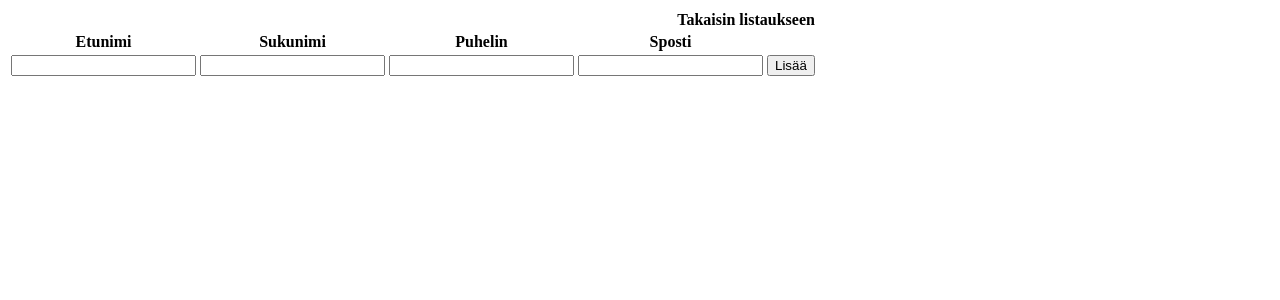
Repository: santraaj/Asiakkaat
Page: http://localhost/Asiakkaat/lisaaasiakas.jsp
An editor plug-in stored every save of this project. The page is shown before and after the next save, followed by the edit.
The browser window is 1280 px wide. The pictures show the whole page.
The page is served by Tomcat 9. Other server files are loaded and not shown.

Above is the page before, as saved 2020-05-03 15:02:25.

### Asiakkaat/WebContent/lisaaasiakas.jsp
<%@ page language="java" contentType="text/html; charset=ISO-8859-1"
    pageEncoding="ISO-8859-1"%>
<!DOCTYPE html>
<html>
<head>
<meta charset="ISO-8859-1">
<script src="https://ajax.googleapis.com/ajax/libs/jquery/3.4.1/jquery.min.js"></script>
<script src="http://ajax.aspnetcdn.com/ajax/jquery.validate/1.15.0/jquery.validate.min.js"></script>
<link rel = "stylesheet" type = "text/css" href = "css/main.css">
<title>Asiakkaan lisääminen</title>
</head>
<body>
<form id="tiedot">
	<table>
		<thead>
			<tr>
				<th colspan="5" class="oikealle"><span id="takaisin">Takaisin listaukseen</span></th>
			</tr>
			<tr>
				<th>Etunimi</th>
				<th>Sukunimi</th>
				<th>Puhelin</th>
				<th>Sposti</th>
				<th></th>
			</tr>
		</thead>
		<tbody>
			<tr>
				<td><input type="text" name="etunimi" id="etunimi"></td>
				<td><input type="text" name="sukunimi" id="sukunimi"></td>
				<td><input type="text" name="puhelin" id="puhelin"></td>
				<td><input type="text" name="sposti" id="sposti"></td>
				<td><input type="submit" id="tallenna" value="Lisää"></td>
			</tr>
		</tbody>
	</table>
</form>
</body>
</html>

### Asiakkaat/WebContent/css/main.css
#listaus	 {
	font-family: "Trebuchet MS", Arial, sans-serif;
	border: 1px solid black;
	border-collapse: collapse;
	width: 40%;
}

#listaus thead th, #listaus tbody td {
  border: 1px solid #ddd;
  padding: 8px;
}

#listaus thead th {
	padding-top: 12px;
	padding-bottom: 12px;
	background-color: #ffe6ff;
	color: black;
}

#listaus tbody tr:nth-child(even){
	background-color: #f2f2f2;}

#listaus tbody tr:hover {background-color: #ddd;}

.oikealle {
	text-align: right;
}

.vasemmalle {
	text-align: left;
}

After the next save:
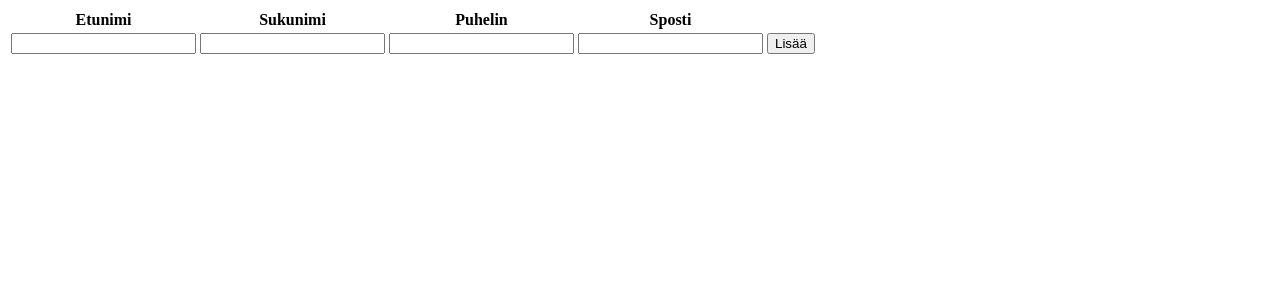
Saved 2 min 14 s later.
--- a/Asiakkaat/WebContent/lisaaasiakas.jsp
+++ b/Asiakkaat/WebContent/lisaaasiakas.jsp
@@ -13,9 +13,9 @@
 <form id="tiedot">
 	<table>
 		<thead>
-			<tr>
+	<!--		<tr>
 				<th colspan="5" class="oikealle"><span id="takaisin">Takaisin listaukseen</span></th>
-			</tr>
+			</tr>	!-->
 			<tr>
 				<th>Etunimi</th>
 				<th>Sukunimi</th>
